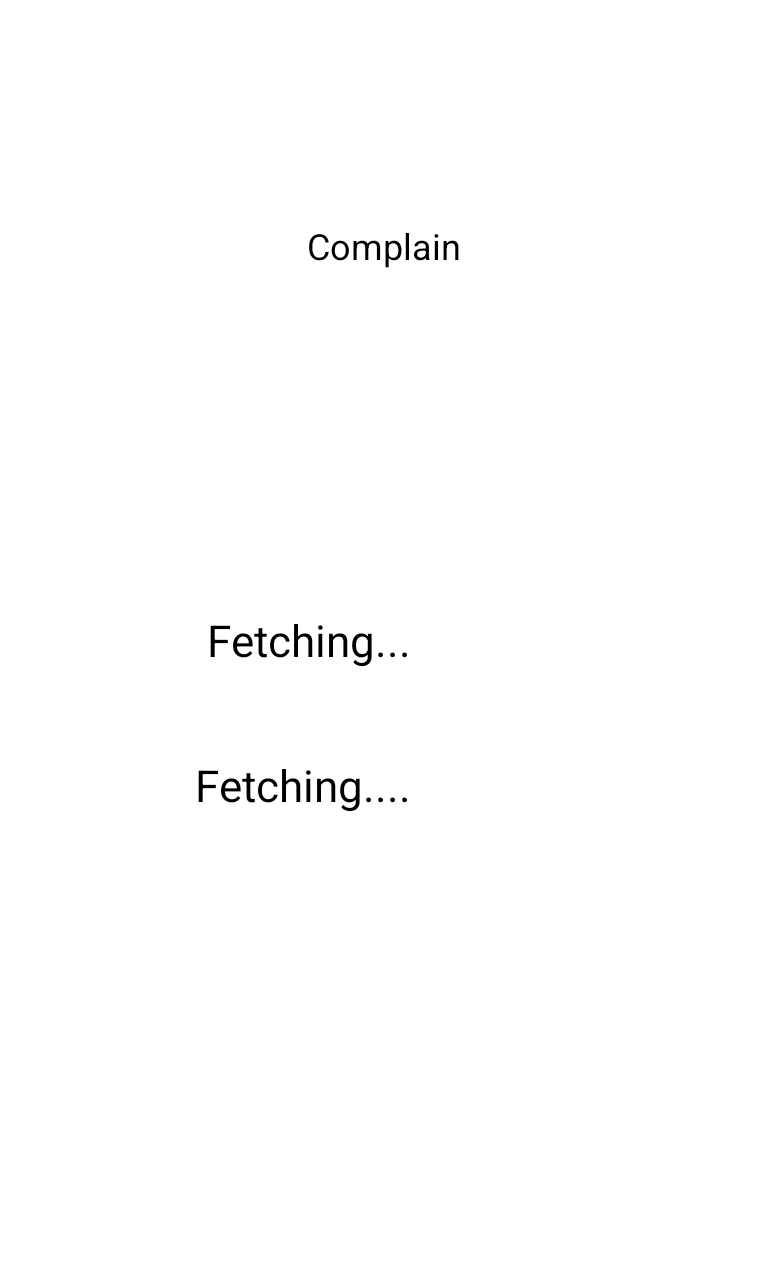
Repository: aradhyamathur/code
Layout: Eappcopy3_11/res/layout/activity_main.xml
The author's editor kept a copy of each file at every save. The layout is drawn from the files as they stood at one save, then again after the next save.
It is drawn on a 768 x 1280 px phone screen (xhdpi) without system bars, with theme AppTheme; the app's code is not run.

Above is the layout before, as saved 2014-09-29 11:48:05.

After the next save:
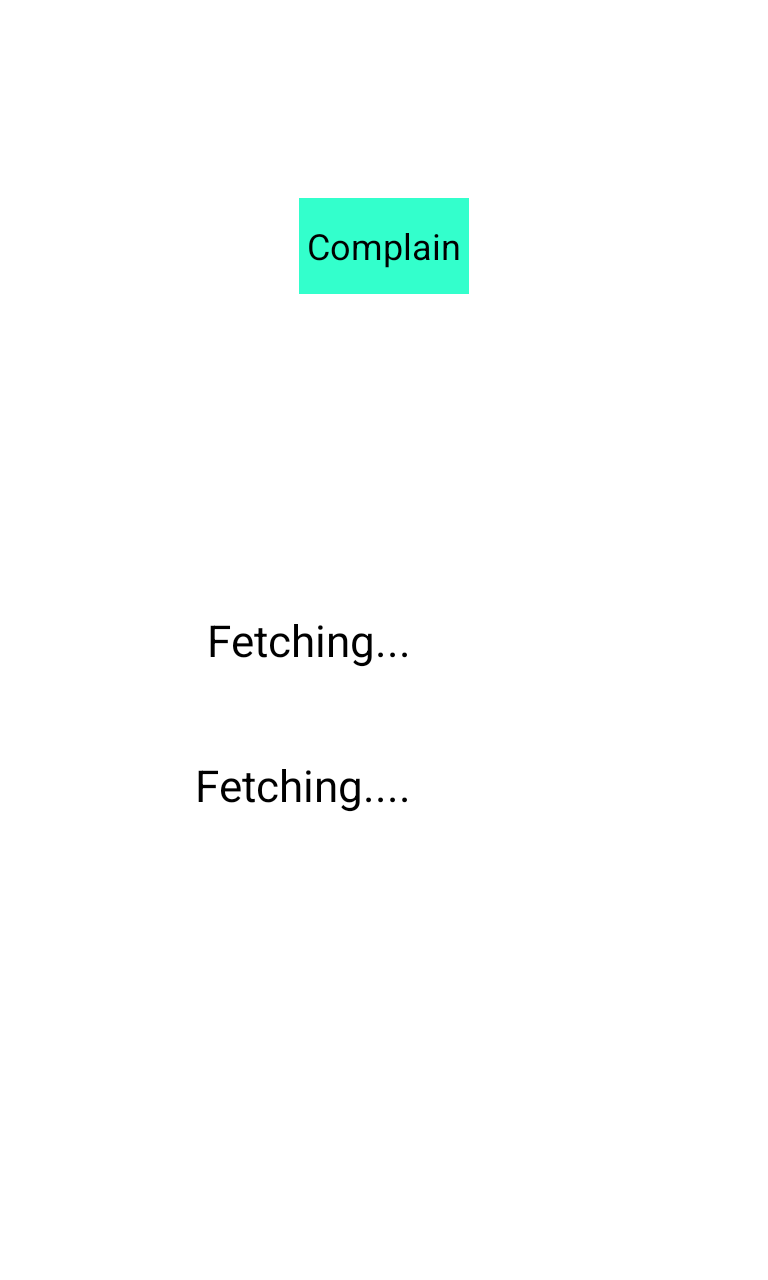
Saved 21 s later.
--- a/Eappcopy3_11/res/layout/activity_main.xml
+++ b/Eappcopy3_11/res/layout/activity_main.xml
@@ -13,6 +13,7 @@
         android:layout_marginTop="99dp"
         android:text="Complain"
        	style="?android:attr/borderlessButtonStyle"
+       	android:background="#33ffcc"
          />
 
     <TextView
